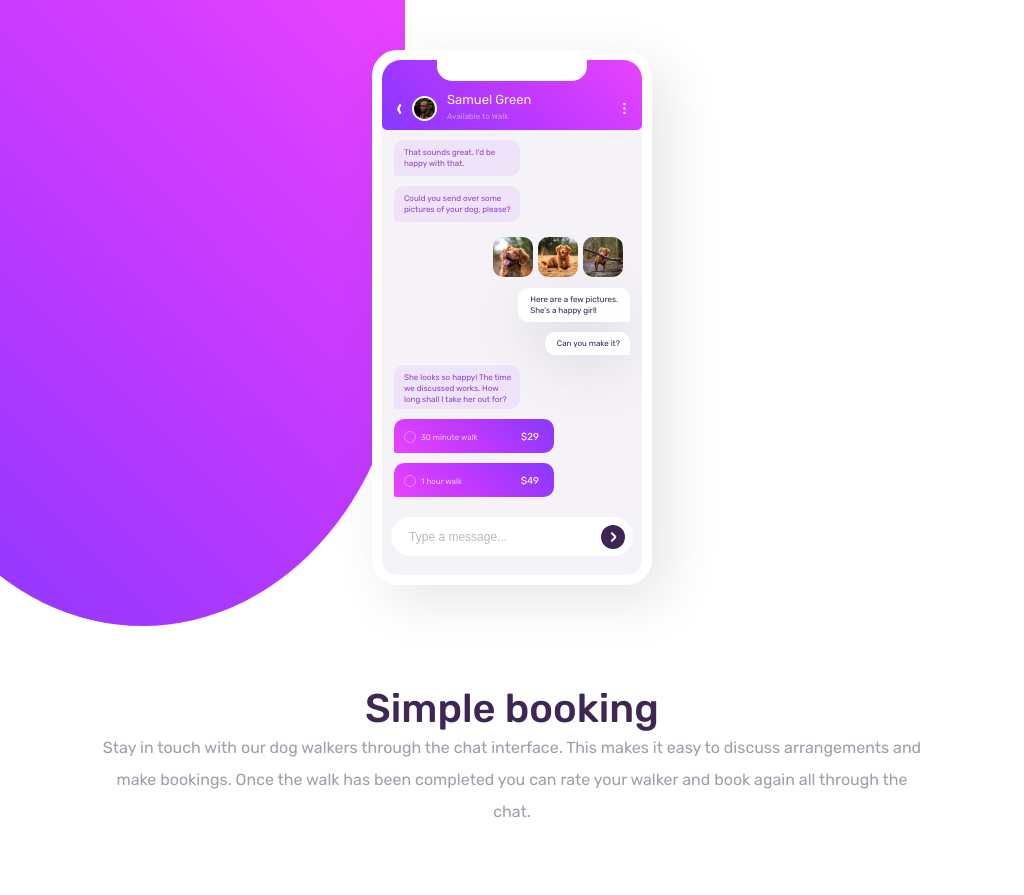
Repository: KamoliddinGIT/chat-app-css-illustration
Page: index.html
These files come from the project's save history. The page is drawn as it stood at one moment and after the next save; the edit follows.
The browser window is 1024 px wide. The pictures show the whole page.

Above is the page before, as saved 2023-09-25 20:10:54.

After the next save:
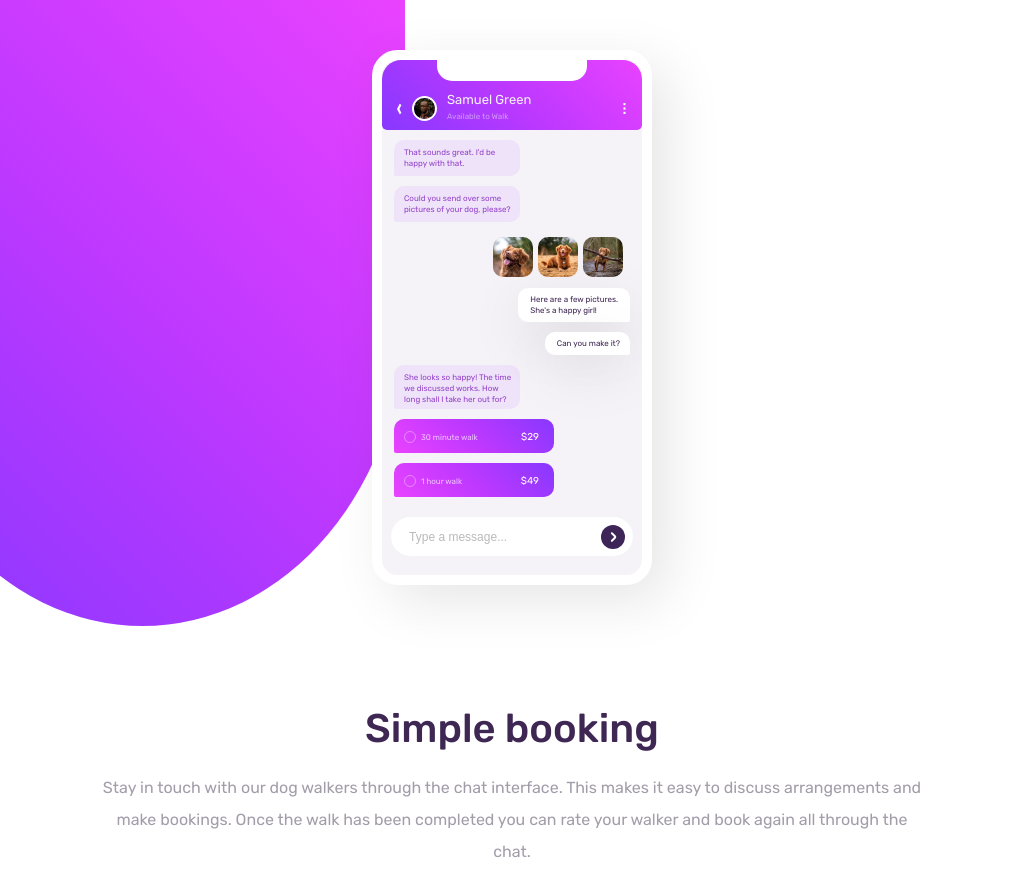
Saved 10 s later.
--- a/css/style.css
+++ b/css/style.css
@@ -295,7 +295,7 @@
     margin-bottom: 70px;
   }
   .right-side h1 {
-    padding: 0;
+    padding: 20px 0;
     text-align: center;
   }
 
